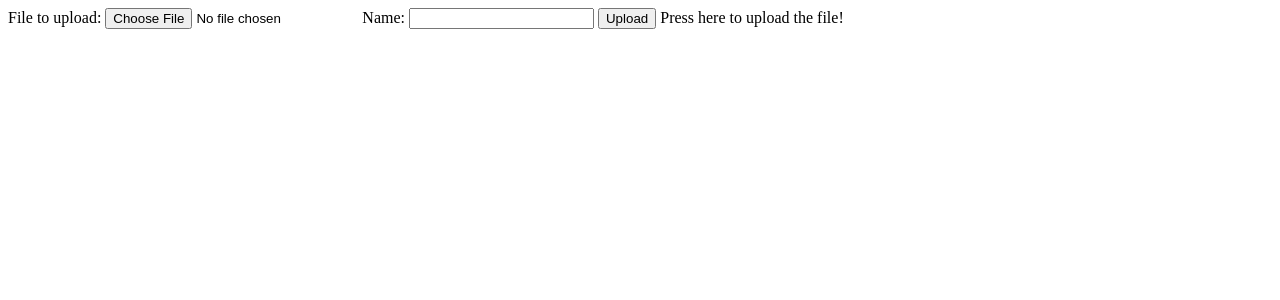
Repository: bikramaditya/Adv
Page: AdvantoWS/src/main/webapp/static/upload.html
The author's editor kept a copy of each file at every save. The page is drawn from the files as they stood at one save, then again after the next save.
The browser window is 1280 px wide. The pictures show the whole page.

Above is the page before, as saved 2017-02-22 10:29:50.

After the next save:
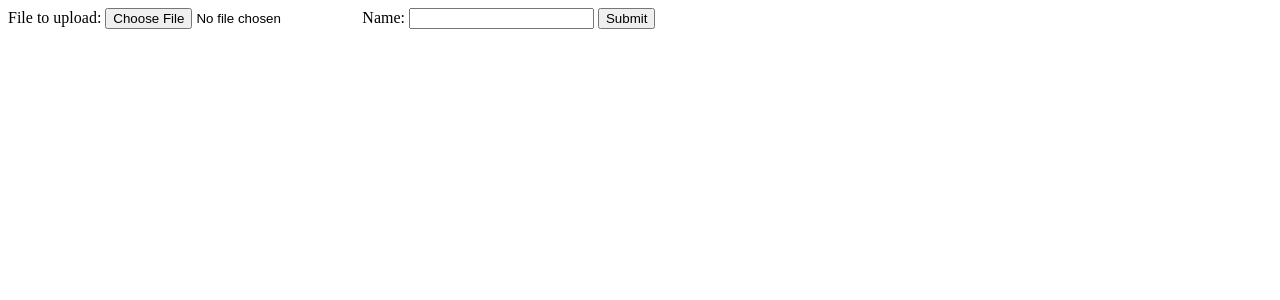
Saved 11 min 20 s later.
--- a/AdvantoWS/src/main/webapp/static/upload.html
+++ b/AdvantoWS/src/main/webapp/static/upload.html
@@ -9,7 +9,7 @@
 		Name: <input type="text" name="name">
 
 
-		<input type="submit" value="Upload"> Press here to upload the file!
+		 <button type="submit" value="Submit">Submit</button>
 	</form>
 </body>
 </html>
